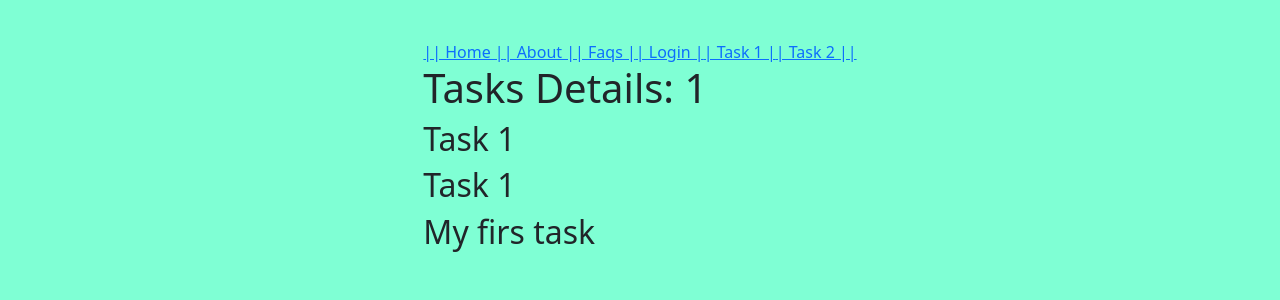
Repository: abgdev1997/proyecto-evo
Page: /task/1
These files come from the project's save history. The page is drawn as it stood at one moment and after the next save; the edit follows.
The browser window is 1280 px wide. The pictures show the whole page.
The project was rebuilt for these pictures with package versions that can differ from the ones it lists, and the page was loaded fresh each time. Also part of the build but not shown: src/routes/Home/HomePage.jsx, src/routes/404/NotFoundPage.jsx, src/routes/about-faqs/AboutPage.jsx, src/routes/profile/ProfilePage.jsx, src/models/levels.enum.js, src/models/levels.class.js, src/styles/task.scss, src/components/pure/task_component.jsx and 5 more.

Above is the page before, as saved 2022-02-16 15:11:58.

### src/index.js
import React from 'react';
import ReactDOM from 'react-dom';
import 'bootstrap/dist/css/bootstrap.css';
import 'bootstrap-icons/font/bootstrap-icons.css';
import './index.css';
import AppRoutingOne from './AppRoutingOne';

ReactDOM.render(
  <React.StrictMode>
    <AppRoutingOne />
  </React.StrictMode>,
  document.getElementById('root')
);

### src/index.css
body{
    display: flex;
    align-items: center;
    justify-content: center;
    padding-top: 40px;
    padding-bottom: 40px;
    background-color: aquamarine;
}

### src/AppRoutingOne.js
import { BrowserRouter as Router, Route, Link, Switch, Redirect } from 'react-router-dom'
import Homepage from './routes/Home/HomePage';
import NotFoundPage from './routes/404/NotFoundPage'
import Aboutpage from './routes/about-faqs/AboutPage';
import Profilepage from './routes/profile/ProfilePage';
import Taskspage from './routes/tasks/TasksPage';
import Taskdetailpage from './routes/tasks/TaskDetailPage'
import Loginpage from './routes/auth/LoginPage';
import { useEffect } from 'react'

function AppRoutingOne() {

  let logged = false;

  let taskList = [
    {
      id: 1,
      name: 'Task 1',
      description: 'My firs task'
    },
    {
      id: 2,
      name: 'Task 2',
      description: 'My second task'
    }
  ]

  useEffect(() => {
    logged = localStorage.getItem('credentials');
    console.log("User Logged", logged);
  }, []);

  return (
    <Router>
      <div>
        <aside>
          <Link to='/'>|| Home |</Link>
          <Link to='/about'>| About |</Link>
          <Link to='/faqs'>| Faqs |</Link>
          <Link to='/login'>| Login |</Link>
          <Link to='/task/1'>| Task 1 |</Link>
          <Link to='/task/2'>| Task 2 ||</Link>
        </aside>
        <main>
          <Switch>
            <Route exact path='/' component={ Homepage } />
            <Route path='/login' component={ Loginpage }>
            {
                logged ?
                () => {
                  alert('You are logged. Redirecting to home...')
                  return <Redirect to='/'/>
                }
                :
                () => {
                  return <Loginpage/>
                }
              }
            </Route>
            <Route path='/(about|faqs)' component={ Aboutpage } />
            <Route path='/profile' component={ Profilepage }>
              {
                logged ?
                <Profilepage/>
                :
                () => {
                alert('You must be logged in. Redirecting to login...')
                return <Redirect to='/login'/>
                }
              }
            </Route>
            <Route path='/tasks' component={ Taskspage } />
            <Route
              exact path='/task/:id'
              render={
                ({match}) => (
                    <Taskdetailpage task={taskList[match.params.id-1]}/>
                )
              }>

            </Route>
            <Route component={ NotFoundPage } />
          </Switch>
        </main>
      </div>
    </Router>
  );
}

export default AppRoutingOne;

### src/routes/tasks/TaskDetailPage.jsx
import React from 'react';
import { useParams } from 'react-router-dom';

const Taskdetailpage = ({task}) => {
    const {id} = useParams();

    return (
        <div>
            <h1>Tasks Details: {id}</h1>
            <h2>{task.name}</h2>
            <h2>{task.name}</h2>
            <h2>{task.description}</h2>
        </div>
    );
}

export default Taskdetailpage;

Loaded but not shown: public/index.html (common file)

After the next save:
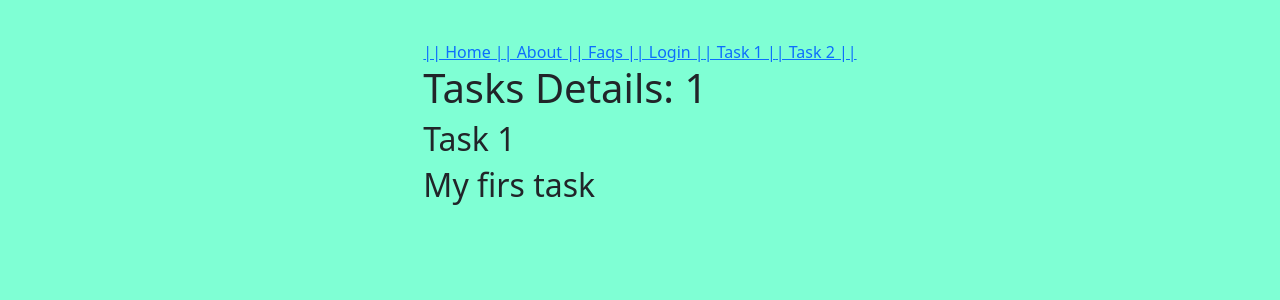
Saved 20 s later.
--- a/src/routes/tasks/TaskDetailPage.jsx
+++ b/src/routes/tasks/TaskDetailPage.jsx
@@ -8,7 +8,6 @@ const Taskdetailpage = ({task}) => {
         <div>
             <h1>Tasks Details: {id}</h1>
             <h2>{task.name}</h2>
-            <h2>{task.name}</h2>
             <h2>{task.description}</h2>
         </div>
     );
